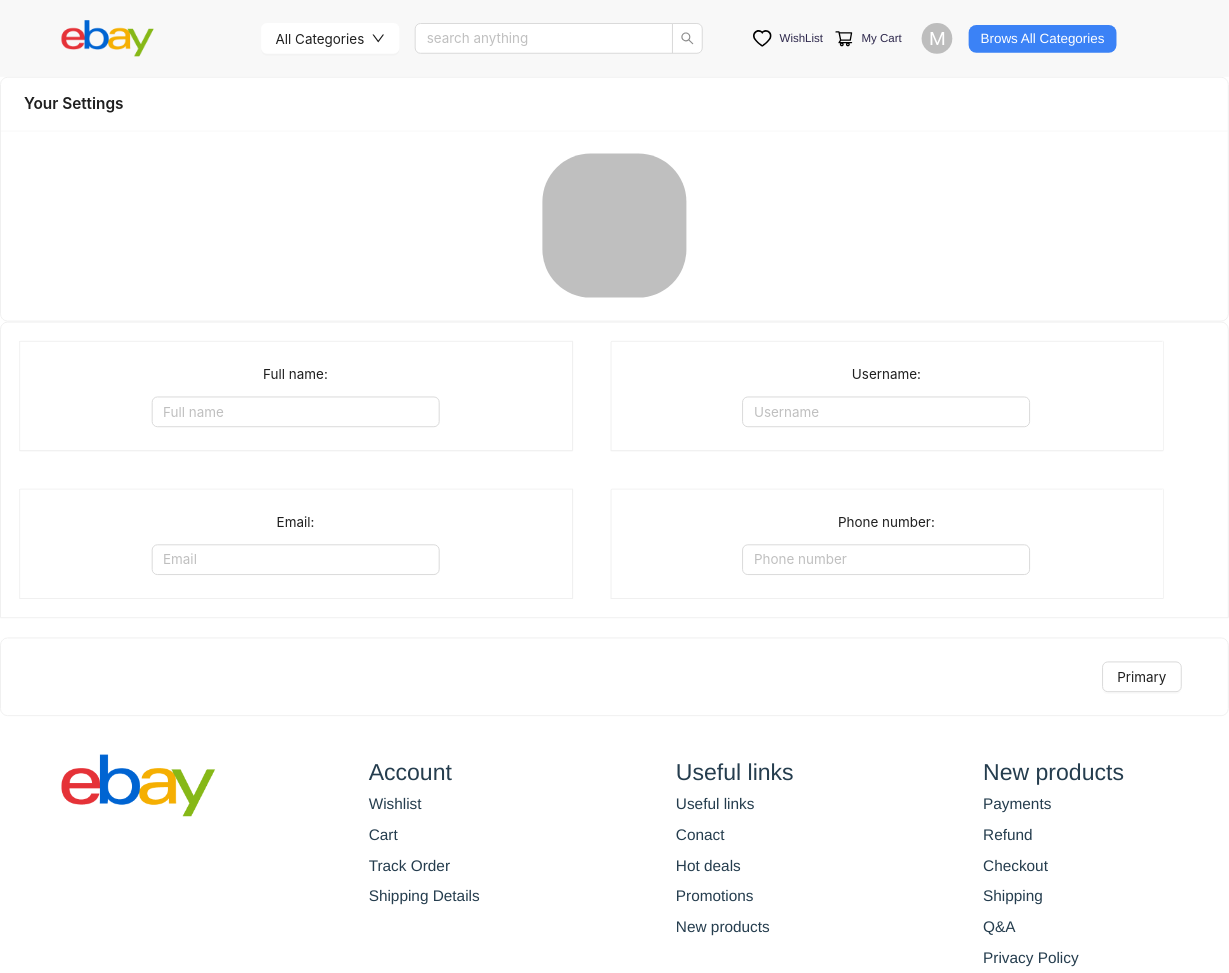
Repository: Asilbekjan/Ebay
Page: /settings
An editor plug-in stored every save of this project. The page is shown before and after the next save, followed by the edit.
The browser window is 1280 px wide. The pictures show the whole page, at 96% of full size.
The project was rebuilt for these pictures with package versions that can differ from the ones it lists, and the page was loaded fresh each time. Also part of the build but not shown: src/Pages/LoginPages/Login.jsx, src/Pages/RegisterPages/Register.jsx, src/services/api/api.js, src/Pages/RootPages/Root.jsx, src/Pages/ProductsPage/Products.jsx, src/Pages/SinglePage/Single.jsx, src/Pages/SearchPage/Search.jsx, src/Pages/Profile/Profile.jsx.

Above is the page before, as saved 2023-09-18 18:27:27.

After the next save:
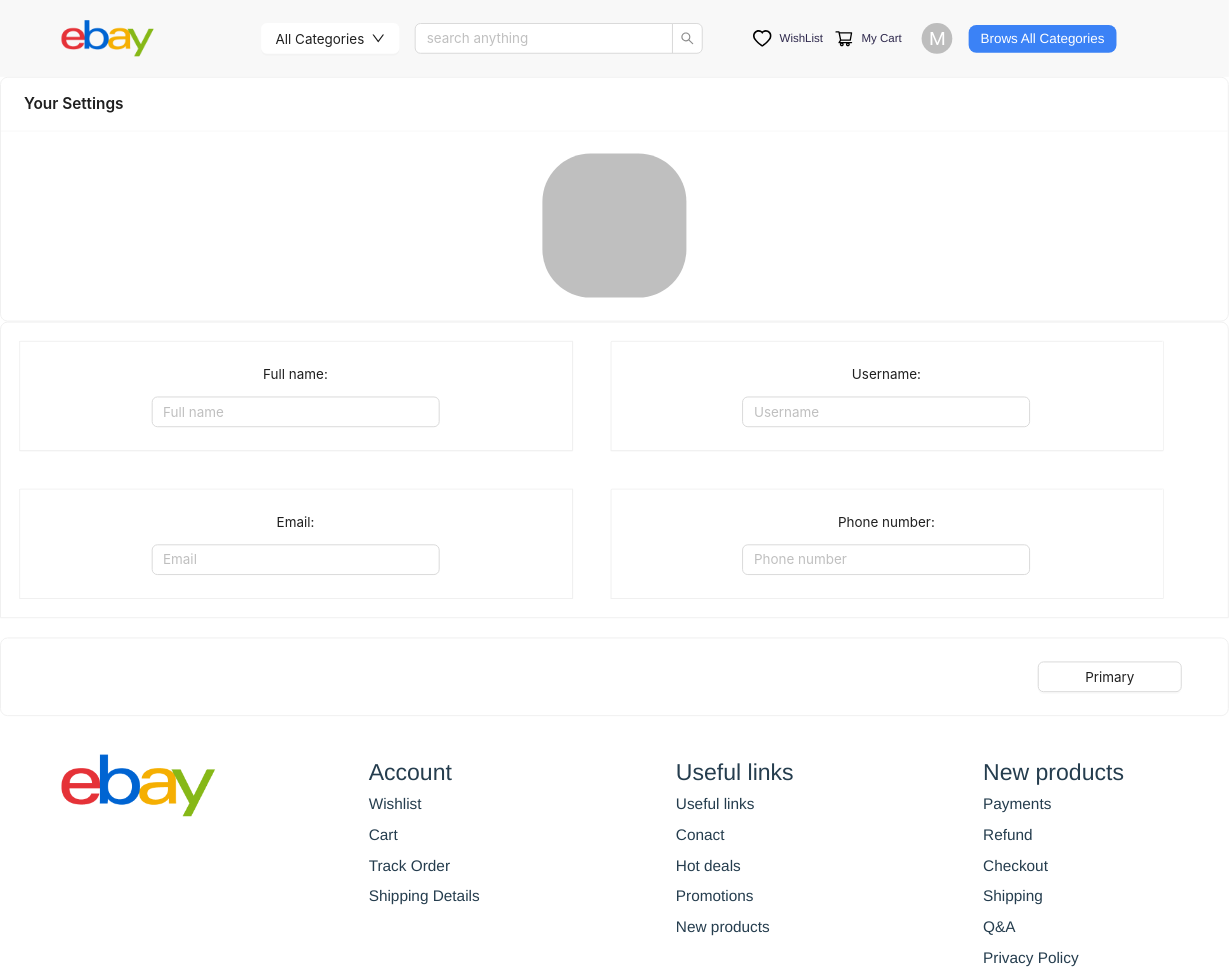
Saved 8 s later.
--- a/src/Pages/Settings/Settings.jsx
+++ b/src/Pages/Settings/Settings.jsx
@@ -34,7 +34,7 @@
                 </Card.Grid>
             </Card>
             <Card className='mt-5 flex items-center justify-end'>
-                <Button  className=' relative right-6'>
+                <Button  className=' relative right-6 w-[150px]'>
                     Primary
                 </Button>
             </Card>
